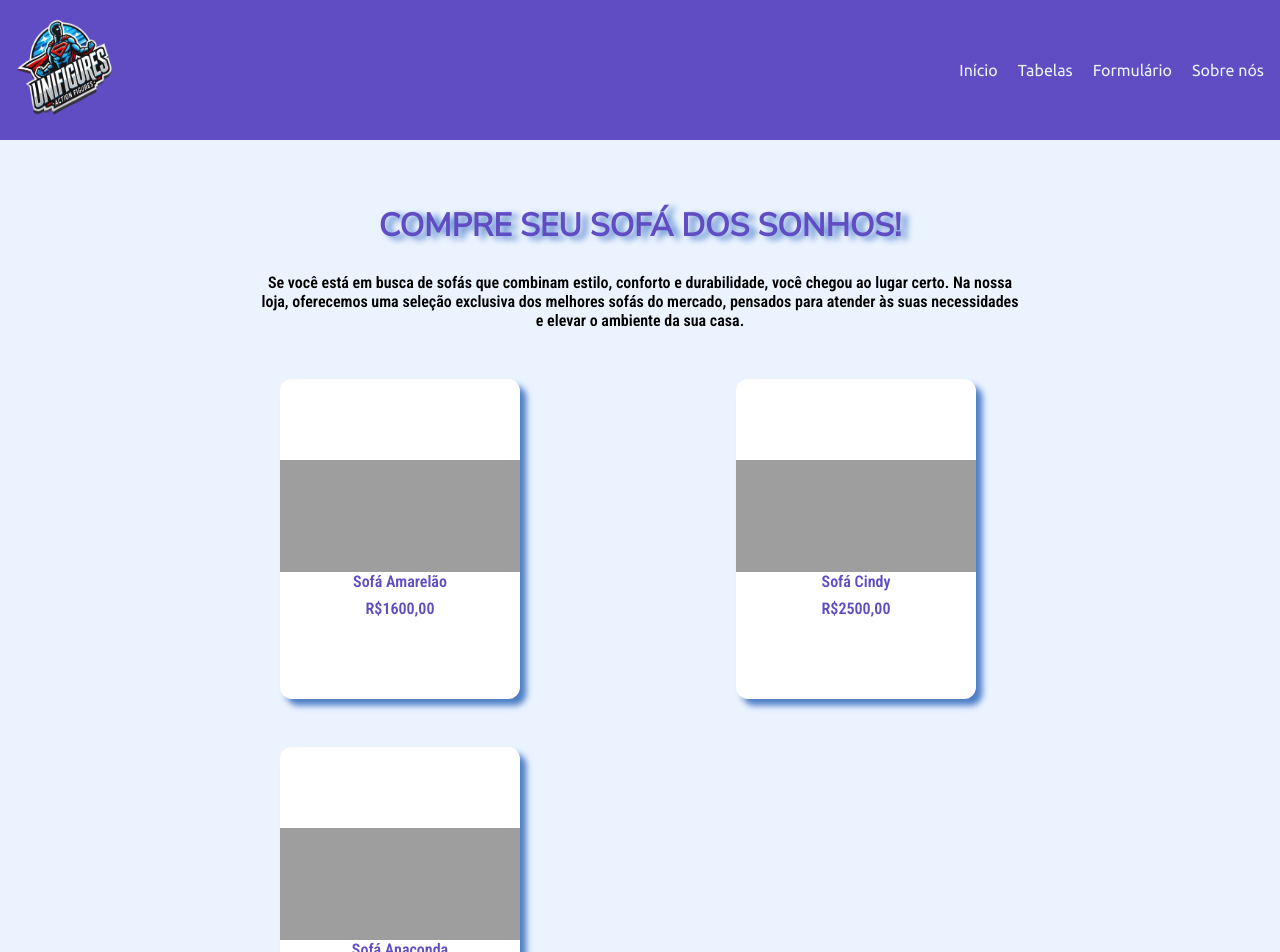
Repository: rafaelhaltarribaFacul/projeto-site
Page: home.html
The author's editor kept a copy of each file at every save. The page is drawn from the files as they stood at one save, then again after the next save.
The browser window is 1280 px wide. The pictures show the part of the page from y = 0 to 952 px (the page is 1788 px tall).
Pictures or frames that could not be fetched are drawn as grey boxes. A picture or video elsewhere on the page could not be fetched, so the positions and the page height are approximate. Some web fonts or font styles are not loaded; a fallback is used.

Above is the page before, as saved 2024-09-19 20:27:02.

After the next save:
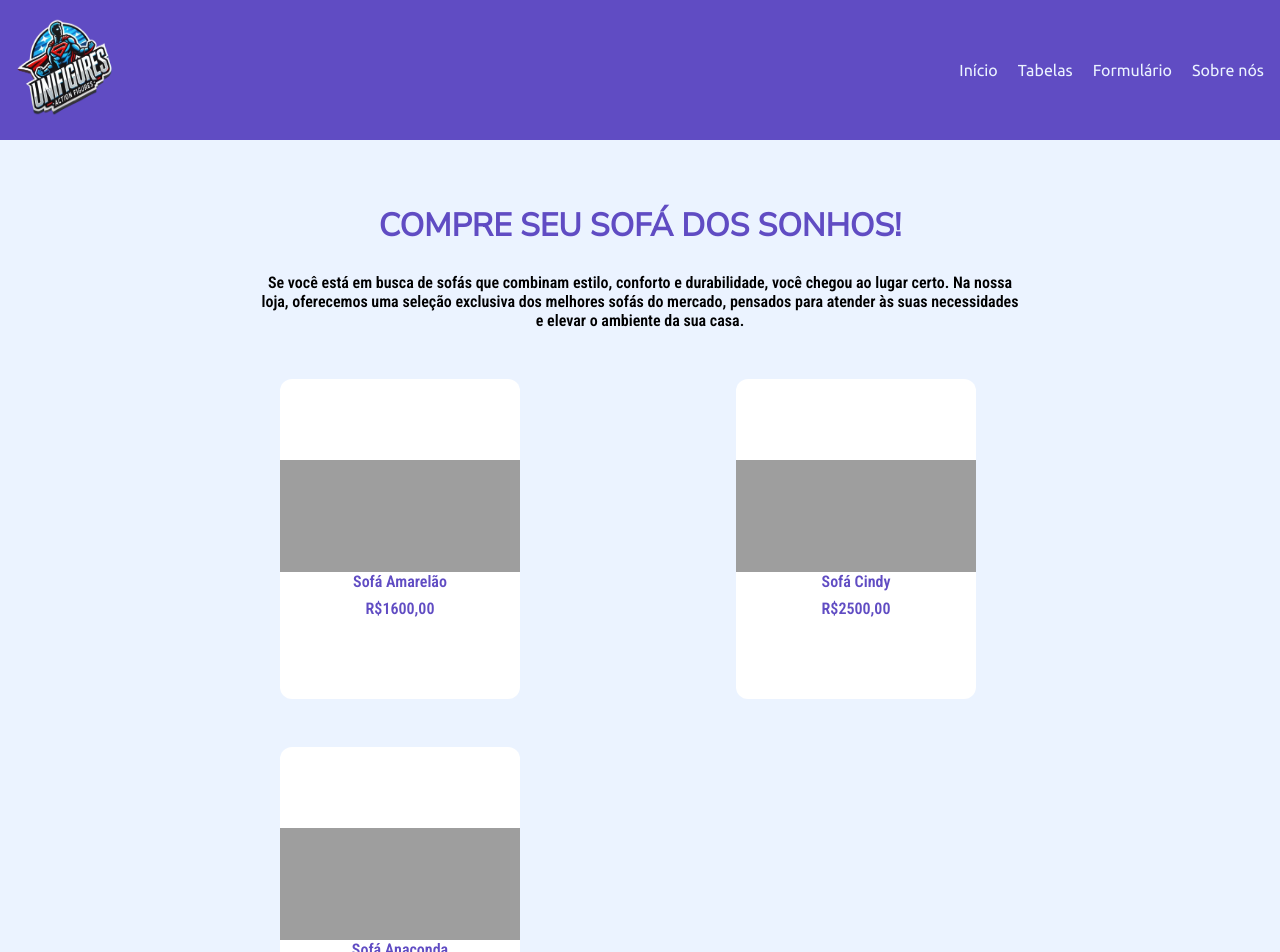
Saved 30 s later.
--- a/css/home.css
+++ b/css/home.css
@@ -5,7 +5,7 @@
 
 :root {
     --cor-pricipal: #604CC3;
-    --cor-secundaria: #4d7ec7;
+    --cor-secundaria: FF6600;
     --cor-terciaria: #99c2ff;
     --cor-quaternaria: #ebf3ff;
     --cor-quintenaria: #000001;
